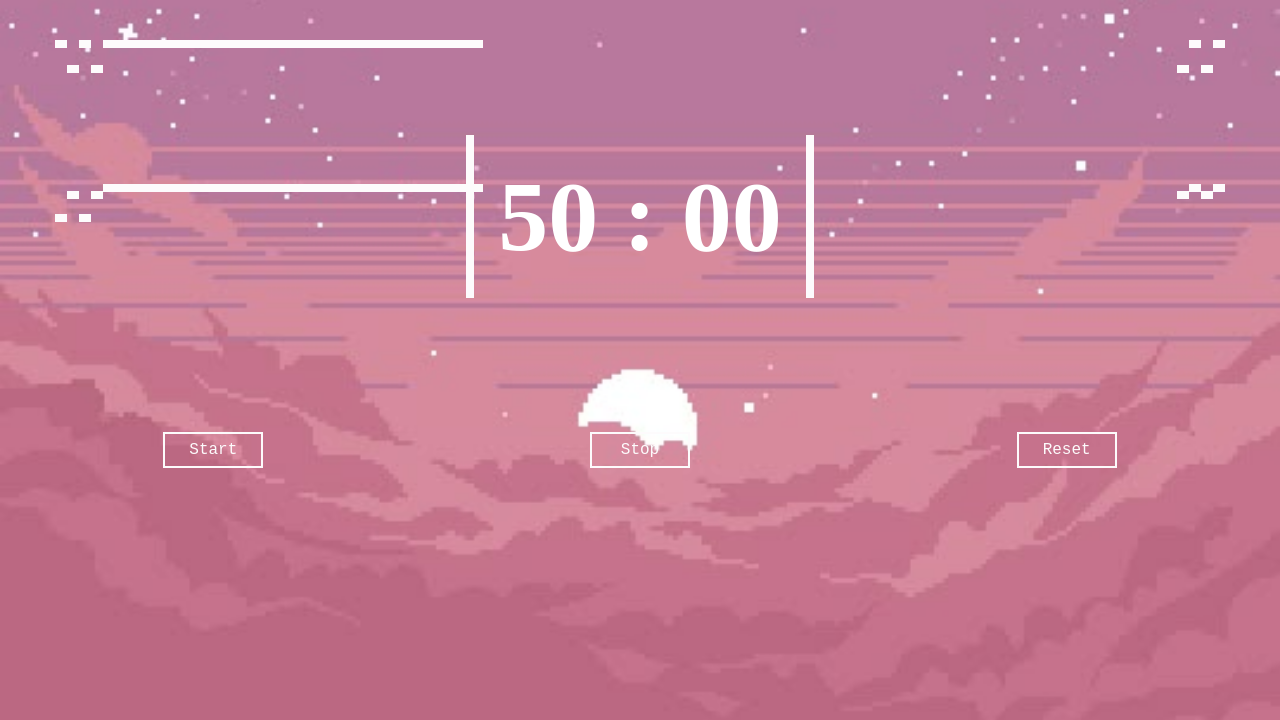
Repository: niharikapatil2306/Study-Timer
Page: index.html
An editor plug-in stored every save of this project. The page is shown before and after the next save, followed by the edit.
The browser window is 1280 px wide. The pictures show the whole page.
Some web fonts or font styles are not loaded; a fallback is used.

Above is the page before, as saved 2025-02-18 18:15:45.

### index.html
<!DOCTYPE html>
<html lang="en">
<head>
    <meta charset="UTF-8">
    <meta name="viewport" content="width=device-width, initial-scale=1.0">
    <title>Study Timer</title>
    <link href="https://fonts.googleapis.com/css2?family=Doto:wght@100..900&family=Pixelify+Sans:wght@400..700&display=swap" rel="stylesheet">

    <link rel="stylesheet" href="style.css" />
</head>
<body style="background-color: black;">
    <div class="container">

        <div class="timer">
            <div class="pixel">
                <div class="square1"></div>
                <div class="square13"></div>
                <div class="square2"></div>
                <div class="square14"></div>
                <div class="square3"></div>
                <div class="line1"></div>
            </div>
            <div class="pixel">
                <div class="square4"></div>
                <div class="square15"></div>
                <div class="square5"></div>
                <div class="square16"></div>
                <div class="square6"></div>
            </div>

            <div class="pixel">
                <div class="square7"></div>
                <div class="square17"></div>
                <div class="square8"></div>
                <div class="square18"></div>
                <div class="square9"></div>
                <div class="line2"></div>
            </div>
            <div class="pixel">
                <div class="square10"></div>
                <div class="square19"></div>
                <div class="square11"></div>
                <div class="square20"></div>
                <div class="square12"></div>
            </div>

            <div class="box">
                <span id="min">
                    50
                </span>
                :
                <span id="sec">
                    00
                </span>
            </div>
        </div>
        <div class="button_container">
            <button id="start">
                Start
            </button>
            <button id="stop">
                Stop
            </button>
            <button id="reset">
                Reset
            </button>
        </div>
    </div>
    <script src="./clock.js"></script>
</body>
</html>

### style.css
body {
    margin: 0;
    padding: 0;
    background: url("./img/bg.jpeg") no-repeat center center fixed;
    background-size: cover;
}

.container{
    height: 100vh;
}

.box{
    border-left: 8px solid #FDFBFC;
    border-right: 8px solid #FDFBFC;
    padding: 24px;
}

.square1{
    position: fixed;
    height: 8px;
    width: 12px;
    left: 47px;
    top: 72px;
    background-color: transparent;
}

.square2{
    position: fixed;
    height: 8px;
    width: 12px;
    left: 55px;
    top: 40px;
    background-color: #FDFBFC;
}

.square3{
    position: fixed;
    height: 8px;
    width: 12px;
    left: 79px;
    top: 40px;
    background-color: #FDFBFC;
}

.line1{
    position: fixed;
    height: 8px;
    width: 380px;
    left: 103px;
    top: 40px;
    background-color: #FDFBFC;
}

.square4{
    position: fixed;
    height: 8px;
    width: 12px;
    right: 79px;
    top: 40px;
    background-color: #FDFBFC;
}

.square5{
    position: fixed;
    height: 8px;
    width: 12px;
    right: 55px;
    top: 40px;
    background-color: #FDFBFC;
}

.square6{
    position: fixed;
    height: 8px;
    width: 12px;
    right: 47px;
    top: 40px;
    background-color: transparent;
}

.square7{
    position: fixed;
    height: 8px;
    width: 12px;
    left: 47px;
    top: 191px;
    background-color: transparent;
}

.square8{
    position: fixed;
    height: 8px;
    width: 12px;
    left: 55px;
    top: 214px;
    background-color: #FDFBFC;
}

.square9{
    position: fixed;
    height: 8px;
    width: 12px;
    left: 79px;
    top: 214px;
    background-color: #FDFBFC;
}

.line2{
    position: fixed;
    height: 8px;
    width: 380px;
    left: 103px;
    top: 184px;
    background-color: #FDFBFC;
}

.square10{
    position: fixed;
    height: 8px;
    width: 12px;
    right: 79px;
    top: 184px;
    background-color: #FDFBFC;
}

.square11{
    position: fixed;
    height: 8px;
    width: 12px;
    right: 55px;
    top: 184px;
    background-color: #FDFBFC;
}

.square12{
    position: fixed;
    height: 8px;
    width: 12px;
    right: 47px;
    top: 181px;
    background-color: transparent;
}

.square13{
    position: fixed;
    height: 8px;
    width: 12px;
    left: 67px;
    top: 65px;
    background-color: #FDFBFC;
}

.square14{
    position: fixed;
    height: 8px;
    width: 12px;
    left: 91px;
    top: 65px;
    background-color: #FDFBFC;
}

.square15{
    position: fixed;
    height: 8px;
    width: 12px;
    right: 67px;
    top: 65px;
    background-color: #FDFBFC;
}

.square16{
    position: fixed;
    height: 8px;
    width: 12px;
    right: 91px;
    top: 65px;
    background-color: #FDFBFC;
}

.square17{
    position: fixed;
    height: 8px;
    width: 12px;
    right: 91px;
    top: 191px;
    background-color: #FDFBFC;
}

.square18{
    position: fixed;
    height: 8px;
    width: 12px;
    right: 67px;
    top: 191px;
    background-color: #FDFBFC;
}

.square19{
    position: fixed;
    height: 8px;
    width: 12px;
    left: 67px;
    top: 191px;
    background-color: #FDFBFC;
}

.square20{
    position: fixed;
    height: 8px;
    width: 12px;
    left: 91px;
    top: 191px;
    background-color: #FDFBFC;
}

.timer{
    font-family: "Doto", serif;
    height: 60vh;
    font-size: 100px;
    color: white;
    display: flex;
    align-items: center;
    justify-content: center;
    font-weight: 800;
    font-variation-settings: "ROND" 0;
}

.button_container{
    display: flex;
    align-items: center;
    justify-content: space-around;
}

button{
    font-family: 'Press Start 2P', monospace;
    border: 2px solid #FDFBFC;
    height: 36px;
    width: 100px;
    background-color: transparent;
    font-size: 16px;
    color: #FDFBFC;
}

/* .start{

} */

### clock.js
let timer;
let timeLeft = 50*60 // 50 minutes
const min = document.getElementById("min");
const sec = document.getElementById("sec");
const startBtn = document.getElementById("start");
const resetBtn = document.getElementById("reset");
const stopBtn = document.getElementById("stop");

function updateDisplay(){
    let minutes = Math.floor(timeLeft/60);
    let seconds = timeLeft%60;
    min.textContent = minutes.toString().padStart(2, "0");
    sec.textContent = seconds.toString().padStart(2, "0");
}

startBtn.addEventListener("click", () => {
    if(!timer){
        timer = setInterval(() => {
            if(timeLeft>0){
                timeLeft--;
                updateDisplay();
            }
            else{
                clearInterval(timer);
                timer = null;
                alert("Take a break!!")
            }
        }, 1000);
    }
});

resetBtn.addEventListener("click", () => {
    clearInterval(timer);
    timer = null;
    timeLeft = 50*60;
    updateDisplay();
});

stopBtn.addEventListener("click", () =>{
    clearInterval(timer);
    timer = null;
})

After the next save:
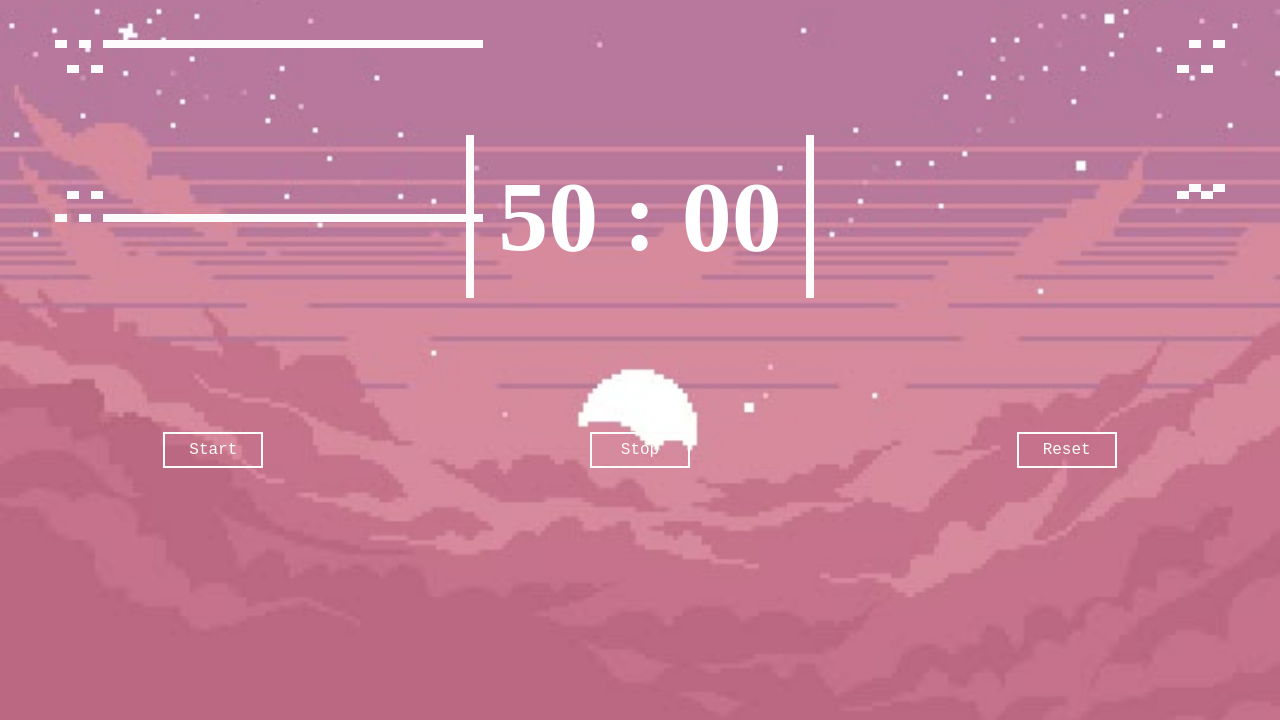
Saved 6 s later.
--- a/style.css
+++ b/style.css
@@ -110,7 +110,7 @@ body {
     height: 8px;
     width: 380px;
     left: 103px;
-    top: 184px;
+    top: 214px;
     background-color: #FDFBFC;
 }
 
